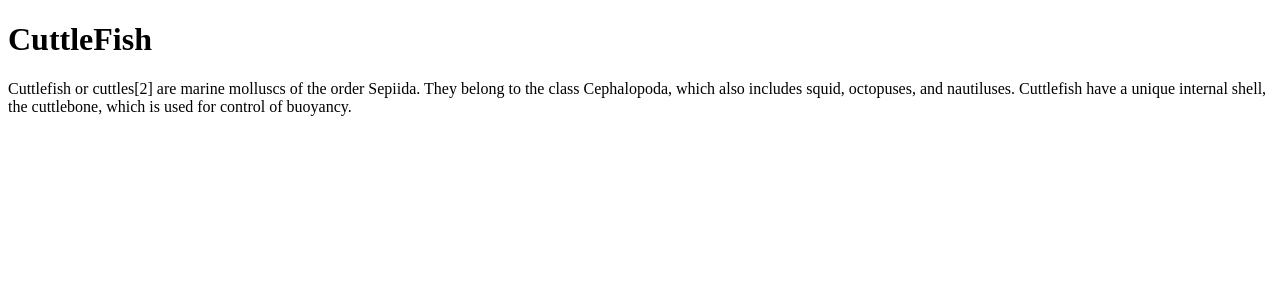
Repository: zhFIsHappy/UdemyFullStack
Page: CSS Text Properties.html
The author's editor kept a copy of each file at every save. The page is drawn from the files as they stood at one save, then again after the next save.
The browser window is 1280 px wide. The pictures show the whole page.

Above is the page before, as saved 2021-12-31 19:02:32.

After the next save:
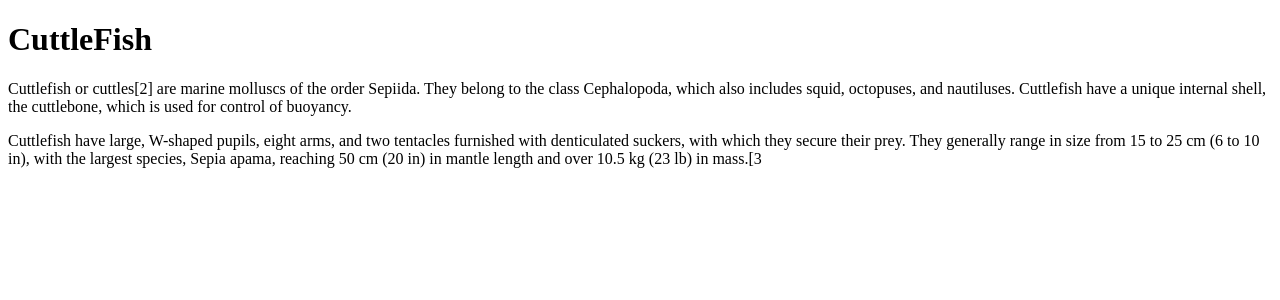
Saved 10 s later.
--- a/CSS Text Properties.html
+++ b/CSS Text Properties.html
@@ -13,5 +13,10 @@
         includes squid, octopuses, and nautiluses. Cuttlefish have a unique internal shell, the cuttlebone, which is used for
         control of buoyancy.
     </p>
+    <p>
+        Cuttlefish have large, W-shaped pupils, eight arms, and two tentacles furnished with denticulated suckers, with which
+        they secure their prey. They generally range in size from 15 to 25 cm (6 to 10 in), with the largest species, Sepia
+        apama, reaching 50 cm (20 in) in mantle length and over 10.5 kg (23 lb) in mass.[3
+    </p>
 </body>
 </html>
